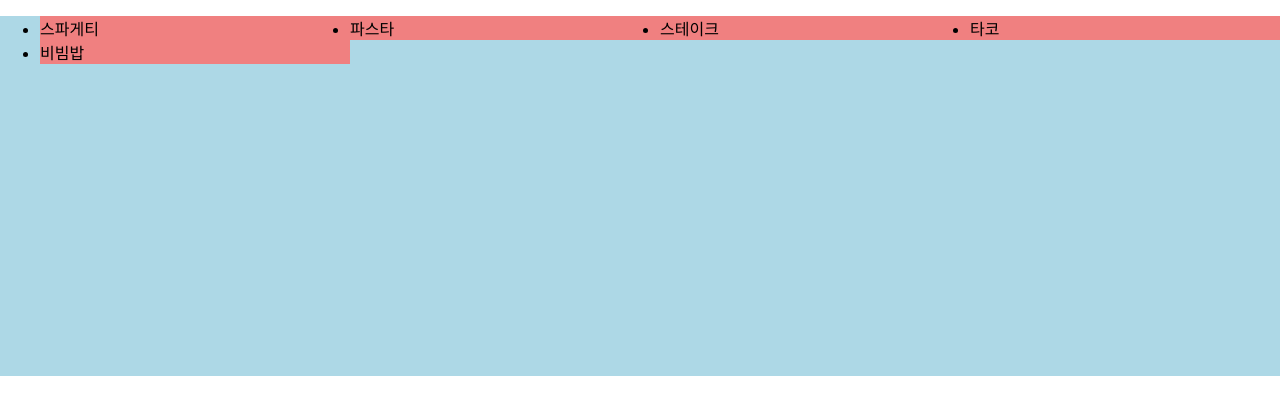
Repository: YEOMJINSEOP/playground
Page: / (app in practicegrid/)
These files come from the project's save history. The page is drawn as it stood at one moment and after the next save; the edit follows.
The browser window is 1280 px wide. The pictures show the whole page.
The project was rebuilt for these pictures with package versions that can differ from the ones it lists, and the page was loaded fresh each time.

Above is the page before, as saved 2022-11-01 17:08:54.

After the next save:
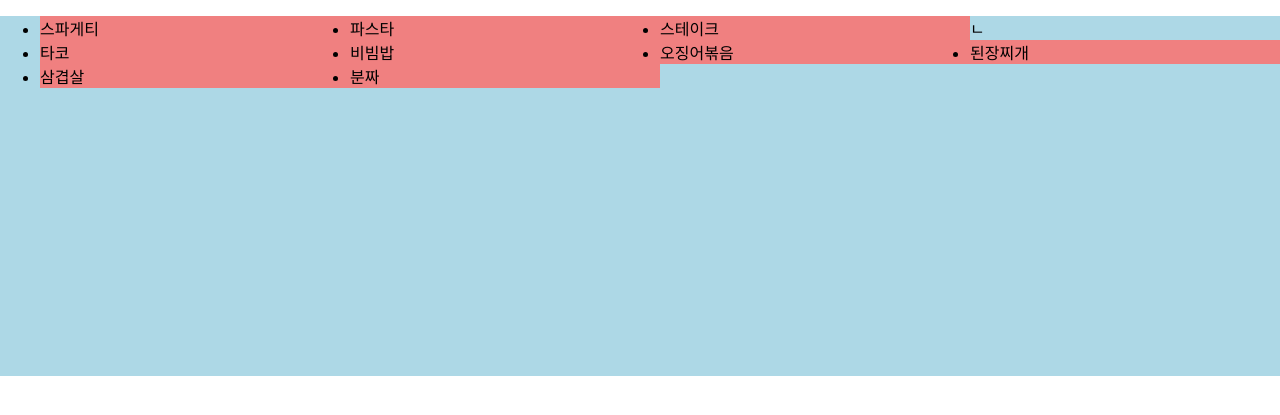
Saved 23 s later.
--- a/practicegrid/src/App.js
+++ b/practicegrid/src/App.js
@@ -8,9 +8,13 @@ function App() {
       <ul>
         <li>스파게티</li>
         <li>파스타</li>
-        <li>스테이크</li>
+        <li>스테이크</li>ㄴ
         <li>타코</li>
         <li>비빔밥</li>
+        <li>오징어볶음</li>
+        <li>된장찌개</li>
+        <li>삼겹살</li>
+        <li>분짜</li>
       </ul>
     </div>
   )
